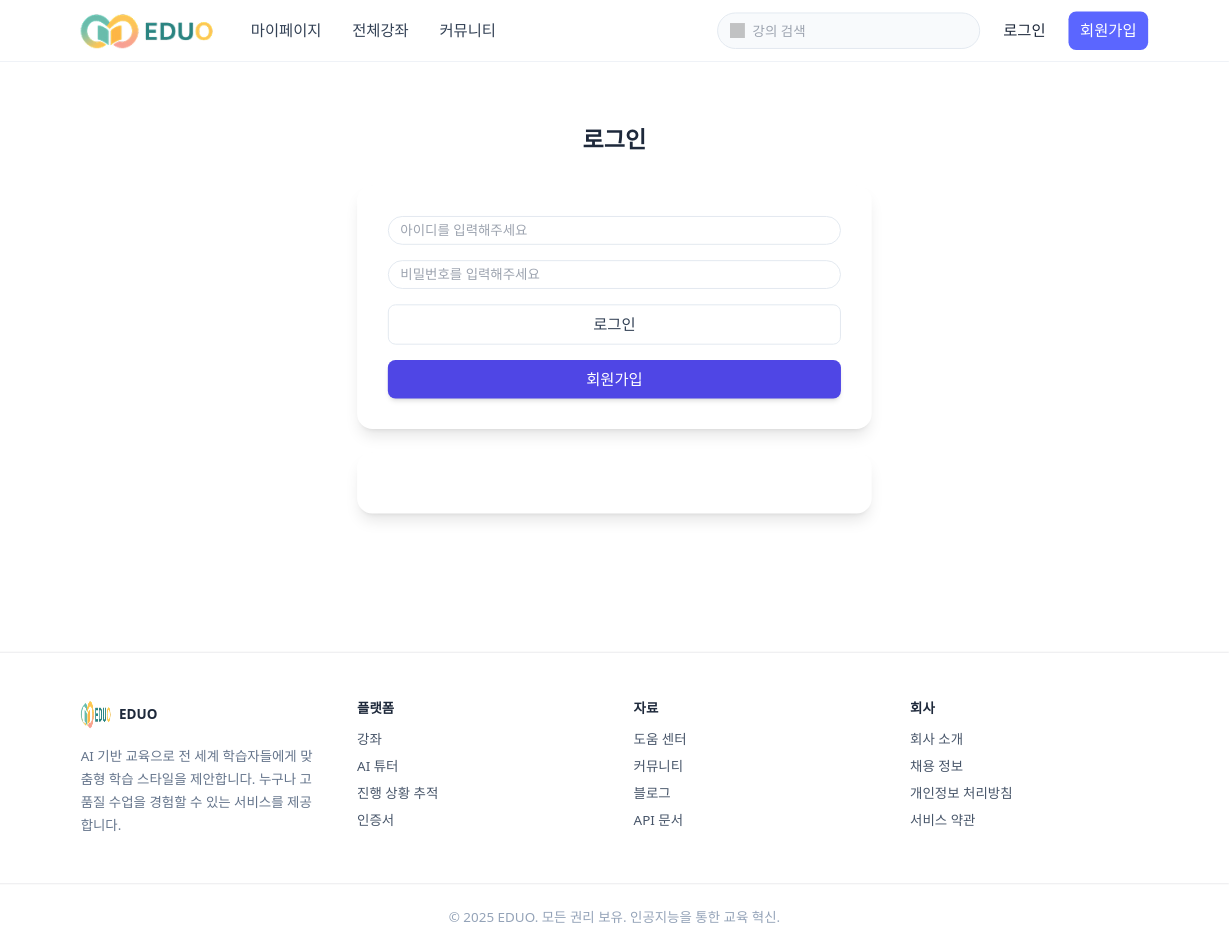
Repository: Iimchaehoon/eduoproject
Page: /login (app in client/)
An editor plug-in stored every save of this project. The page is shown before and after the next save, followed by the edit.
The browser window is 1280 px wide. The pictures show the whole page, at 96% of full size.
Pictures or frames that could not be fetched are drawn as grey boxes. The project was rebuilt for these pictures with package versions that can differ from the ones it lists, and the page was loaded fresh each time. Also part of the build but not shown: client/vite.config.js, client/src/shared/CourseCard.jsx, client/src/pages/Home.jsx, client/src/pages/Search.jsx, client/src/pages/Community.jsx, client/src/pages/Register.jsx, client/src/pages/MyPage.jsx, client/src/components/ai/AICoach.jsx and 5 more.

Above is the page before, as saved 2025-10-17 21:46:53.

### client/index.html
<!doctype html>
<html lang="ko">
  <head>
    <meta charset="UTF-8" />
    <meta name="viewport" content="width=device-width, initial-scale=1.0" />
    <title>EDUO</title>
    <link rel="icon" href="/img/main_logo.png" />
  </head>
  <body>
    <div id="root"></div>
    <script type="module" src="/src/main.jsx"></script>
  </body>
</html>

### client/src/main.jsx
// client/src/main.jsx
import React from "react";
import { createRoot } from "react-dom/client";
import { createBrowserRouter, RouterProvider } from "react-router-dom";
import "./styles/tailwind.css";

import App from "./pages/App.jsx";
import Home from "./pages/Home.jsx";
import Search from "./pages/Search.jsx";
import Community from "./pages/Community.jsx";
import Login from "./pages/Login.jsx";
import Register from "./pages/Register.jsx";
import MyPage from "./pages/MyPage.jsx";
import Course from "./pages/Course.jsx";
import CourseEval from "./pages/CourseEval.jsx";
import CourseReview from "./pages/CourseReview.jsx";

// 간단한 NotFound 컴포넌트(원하면 별도 파일로 빼도 됨)
const NotFound = () => (
  <div className="max-w-6xl mx-auto px-5 py-24 text-center">
    <div className="text-2xl font-bold">페이지를 찾을 수 없어요</div>
    <a href="/" className="btn btn-primary mt-5">홈으로 가기</a>
  </div>
);

const router = createBrowserRouter([
  {
    element: <App />,        // 공통 레이아웃
    children: [
      { index: true, element: <Home /> },
      { path: "search", element: <Search /> },
      { path: "community", element: <Community /> },
      { path: "login", element: <Login /> },
      { path: "register", element: <Register /> },
      { path: "mypage", element: <MyPage /> },

      { path: "course/:courseId", element: <Course /> },
      { path: "course/:courseId/eval", element: <CourseEval /> },
      { path: "course/:courseId/review", element: <CourseReview /> },

      { path: "*", element: <NotFound /> },
    ],
  },
]);

createRoot(document.getElementById("root")).render(
  <React.StrictMode>
    <RouterProvider router={router} />
  </React.StrictMode>
);

### client/src/styles/tailwind.css
/* client/src/styles/tailwind.css */
@tailwind base;
@tailwind components;
@tailwind utilities;

/* 기본 글자색을 Tailwind 내장 컬러로 */
@layer base {
  body { @apply text-slate-800 antialiased; }
}

/* 커스텀 유틸(전부 Tailwind 기본 유틸로 구성) */
@layer utilities {
  .card { @apply bg-white rounded-2xl shadow-lg; }

  .pill {
    @apply px-3 py-1 rounded-full bg-white text-sm
           border border-slate-200 text-slate-600 hover:border-indigo-500;
  }

  .btn {
    @apply inline-flex items-center justify-center rounded-lg px-4 py-2
           font-medium transition-transform duration-200 ease-out hover:scale-[1.03];
  }

  .btn-primary { @apply bg-indigo-600 text-white shadow-md hover:shadow-lg; }

  .btn-ghost { @apply bg-white text-slate-700 border border-slate-200 hover:text-slate-900; }

  .badge { @apply text-xs px-2 py-0.5 rounded-full bg-indigo-50 text-indigo-600 border border-indigo-100; }

  /* 카드, 버튼 공통 호버 효과(10% 확대) */
  .hover-grow { transition: transform 300ms ease, box-shadow 300ms ease; }
  .hover-grow:hover { transform: scale(1.1); }
}

### client/src/pages/App.jsx
// client/src/pages/App.jsx
import { Outlet } from "react-router-dom";
import Navbar from "../components/Navbar.jsx";
import Footer from "../components/Footer.jsx";

export default function App() {
  return (
    <div className="min-h-screen flex flex-col">
      <Navbar />
      <main className="flex-1">
        {/* 자식 라우트가 여기 렌더링 됩니다 */}
        <Outlet />
      </main>
      <Footer />
    </div>
  );
}

### client/src/pages/Login.jsx
export default function Login(){
  return (
    <div className="max-w-xl mx-auto px-5 py-16">
      <h1 className="text-center text-2xl font-bold mb-8">로그인</h1>
      <div className="card p-8 space-y-4">
        <input className="pill w-full" placeholder="아이디를 입력해주세요" />
        <input className="pill w-full" type="password" placeholder="비밀번호를 입력해주세요" />
        <button className="btn btn-ghost w-full">로그인</button>
        <button className="btn btn-primary w-full">회원가입</button>
      </div>
      <div className="card p-8 mt-6">


      </div>
    </div>
  )
}

### client/src/components/Navbar.jsx
import { Link, NavLink } from "react-router-dom";

export default function Navbar() {
  const Item = ({ to, children }) => (
    <NavLink
      to={to}
      className={({ isActive }) =>
        `px-3 py-2 rounded-lg hover:bg-slate-100 ${isActive ? "text-[#5B66FF]" : "text-slate-700"}`
      }
    >
      {children}
    </NavLink>
  );
  return (
    <header className="bg-white/80 backdrop-blur sticky top-0 z-50 border-b border-slate-200">
      <div className="max-w-6xl mx-auto px-5 h-16 flex items-center gap-6">
        <Link to="/" className="flex items-center gap-2">
          {/* 비율 유지 + 사이즈 키움 */}
          <img
            src="/img/main_logo.png"
            alt="EDUO"
            className="h-8 sm:h-10 w-auto object-contain"
            draggable={false}
          />
          <span className="sr-only">EDUO</span>
        </Link>

        <nav className="hidden md:flex items-center gap-2">
          <Item to="/mypage">마이페이지</Item>
          <Item to="/search">전체강좌</Item>
          <Item to="/community">커뮤니티</Item>
        </nav>

        <div className="ml-auto flex items-center gap-3">
          <div className="hidden md:flex items-center gap-2 rounded-full bg-slate-50 border border-slate-200 px-3 py-2">
            <img src="/img/search.png" className="w-4 h-4 opacity-60" alt="" />
            <input placeholder="강의 검색" className="bg-transparent outline-none text-sm w-56" />
          </div>
          <Link to="/login" className="px-3 py-2 rounded-lg hover:bg-slate-100">로그인</Link>
          <Link to="/register" className="px-3 py-2 rounded-lg bg-[#5B66FF] text-white">회원가입</Link>
        </div>
      </div>
    </header>
  );
}

### client/src/components/Footer.jsx
export default function Footer(){
  return (
    <footer className="border-t border-skin-ring bg-white mt-20">
      <div className="max-w-6xl mx-auto px-5 py-12 grid md:grid-cols-4 gap-10 text-sm">
        <div>
          <div className="flex items-center gap-2 mb-4">
            <img src="/img/main_logo.png" className="h-8 w-8 rounded-full" alt="" />
            <div className="font-semibold">EDUO</div>
          </div>
          <p className="text-slate-500 leading-6">AI 기반 교육으로 전 세계 학습자들에게 맞춤형 학습 스타일을 제안합니다. 누구나 고품질 수업을 경험할 수 있는 서비스를 제공합니다.</p>
        </div>
        <div>
          <div className="font-semibold mb-3">플랫폼</div>
          <ul className="space-y-2 text-slate-600">
            <li>강좌</li><li>AI 튜터</li><li>진행 상황 추적</li><li>인증서</li>
          </ul>
        </div>
        <div>
          <div className="font-semibold mb-3">자료</div>
          <ul className="space-y-2 text-slate-600">
            <li>도움 센터</li><li>커뮤니티</li><li>블로그</li><li>API 문서</li>
          </ul>
        </div>
        <div>
          <div className="font-semibold mb-3">회사</div>
          <ul className="space-y-2 text-slate-600">
            <li>회사 소개</li><li>채용 정보</li><li>개인정보 처리방침</li><li>서비스 약관</li>
          </ul>
        </div>
      </div>
      <div className="text-center text-slate-400 text-sm py-6 border-t border-skin-ring">© 2025 EDUO. 모든 권리 보유. 인공지능을 통한 교육 혁신.</div>
    </footer>
  )
}

### client/tailwind.config.js
/** @type {import('tailwindcss').Config} */
export default {
  content: ["./index.html", "./src/**/*.{js,jsx,ts,tsx}"],
  theme: {
    extend: {
      colors: {
        primary: "#2C6BFF",
        // 'text-ink'가 나오도록 DEFAULT 추가 (나머지 shade는 유지)
        ink: {
          DEFAULT: "#0F1B2D",   // ← 이 줄 추가
          900: "#0f172a",
          700: "#334155",
          500: "#64748b",
        },
        // border-skin-ring 클래스는 이미 작동함
        skin: { base: "#f7f9fc", ring: "rgba(15,23,42,0.08)" },
      },
      boxShadow: {
        soft: "0 6px 18px rgba(2, 6, 23, 0.06)",
        // 카드 그림자 추가 (tailwind.css의 shadow-card 대응)
        card: "0 18px 44px rgba(23,38,80,0.20)",  // ← 이 줄 추가
      },
      // tailwind.css에서 쓰는 ease-pleasant 대응
      transitionTimingFunction: {
        pleasant: "cubic-bezier(.22,.61,.36,1)", // ← 이 블록 추가
      },
      // 필요하면 쓰고, 안 쓰면 그대로 둬도 됨
      borderRadius: { xl2: "1rem" },
    },
  },
  plugins: [],
};

After the next save:
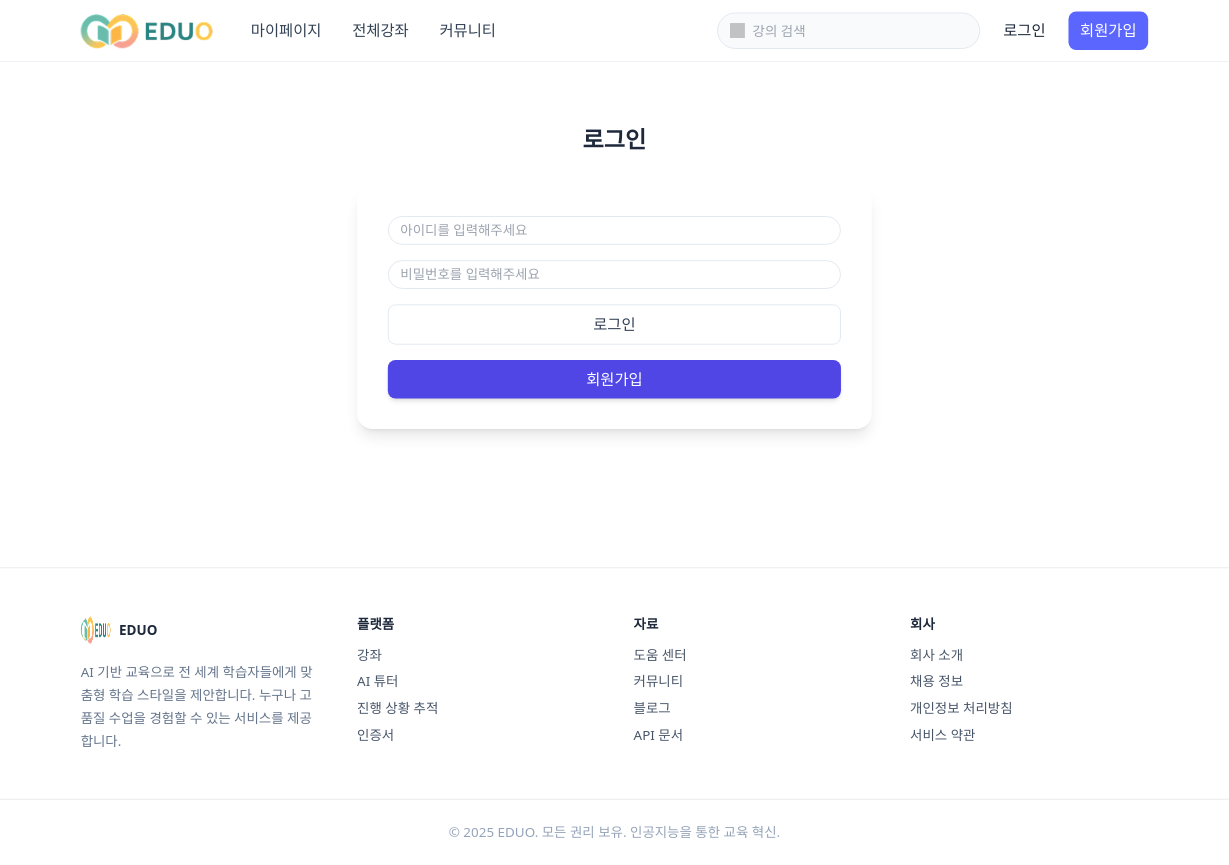
Saved 4 s later.
--- a/client/src/pages/Login.jsx
+++ b/client/src/pages/Login.jsx
@@ -8,10 +8,7 @@ export default function Login(){
         <button className="btn btn-ghost w-full">로그인</button>
         <button className="btn btn-primary w-full">회원가입</button>
       </div>
-      <div className="card p-8 mt-6">
 
-
-      </div>
     </div>
   )
 }
